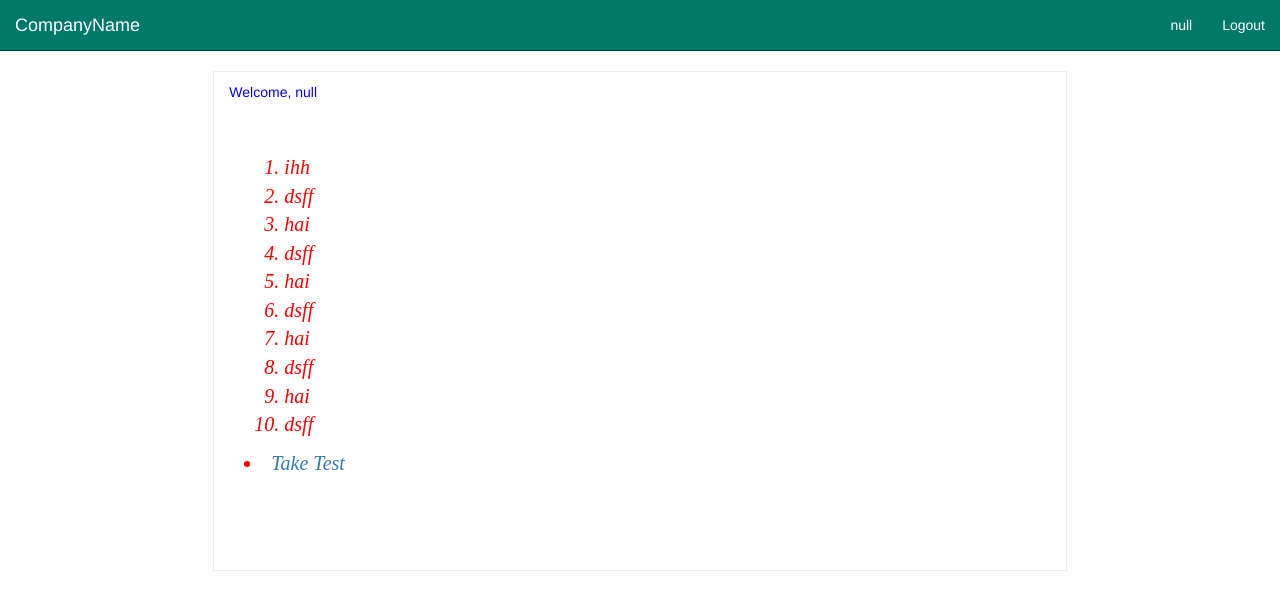
Repository: jayakumar721/projects
Page: http://localhost/TestEngine/dashboard.jsp
The author's editor kept a copy of each file at every save. The page is drawn from the files as they stood at one save, then again after the next save.
The browser window is 1280 px wide. The pictures show the whole page.
Some web libraries are served in a nearby version. The page is served by Tomcat 9.

Above is the page before, as saved 2017-11-28 11:30:55.

After the next save:
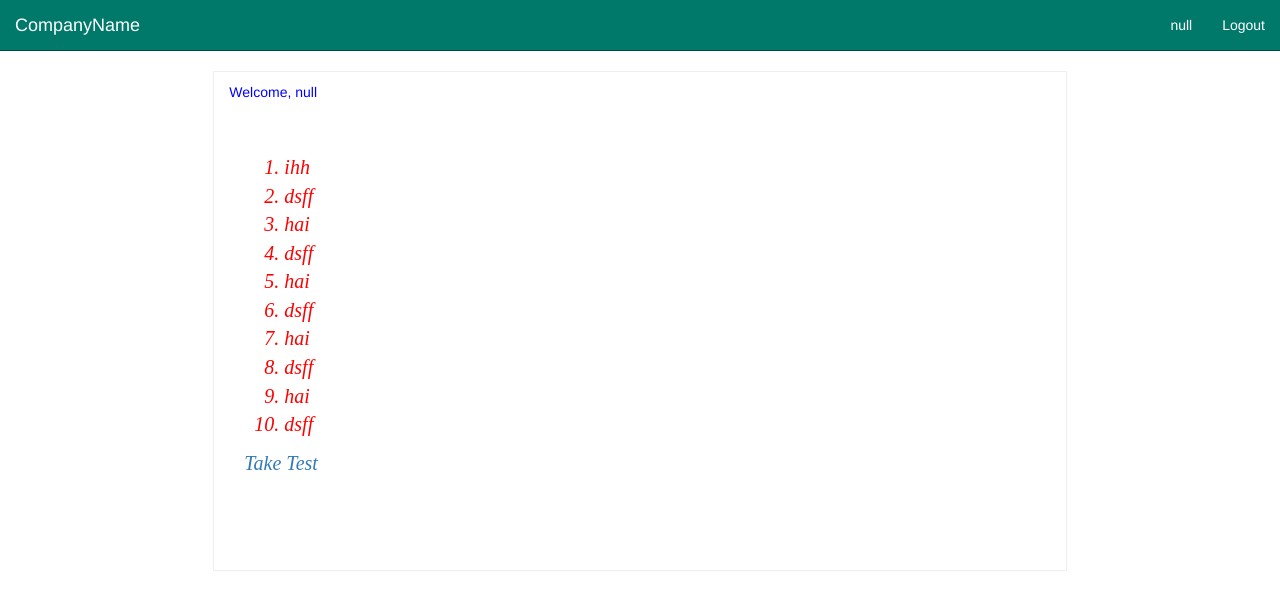
Saved 6 s later.
--- a/TestEngine/WebContent/dashboard.jsp
+++ b/TestEngine/WebContent/dashboard.jsp
@@ -104,7 +104,7 @@ color
 				<li>dsff</li>
 			</ol>
 			<div>
-			<li><a href="Questions" id="taketest"><i
+		<a href="Questions" id="taketest"><i
 							class="fa fa-dashboard"></i> Take Test</a></li>
 			</div>
 		</div>
